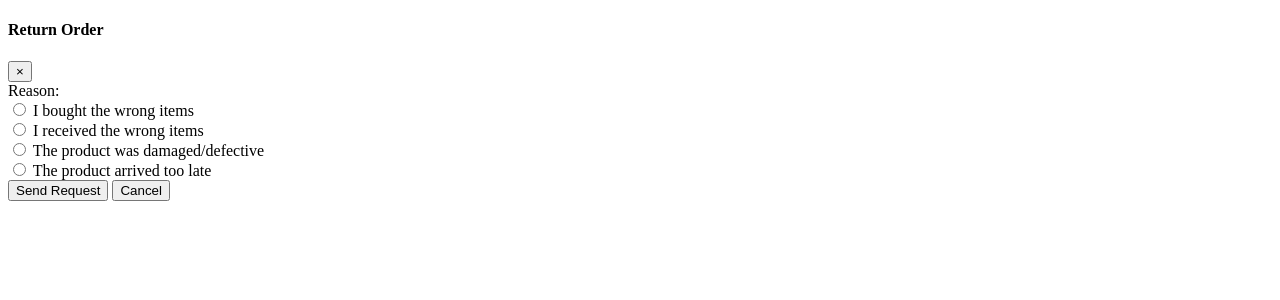
Repository: quockhuongtrann/Ecommerce-Website-With-Spring-Framework
Page: http://localhost/orders/return_order_modal
The author's editor kept a copy of each file at every save. The page is drawn from the files as they stood at one save, then again after the next save.
The browser window is 1280 px wide. The pictures show the whole page.
The page is this project's Thymeleaf template; nobody is signed in. The template is opened directly, without the code that normally fills it, so the values that code supplies are empty.

Above is the page before, as saved 2023-01-17 09:24:55.

After the next save:
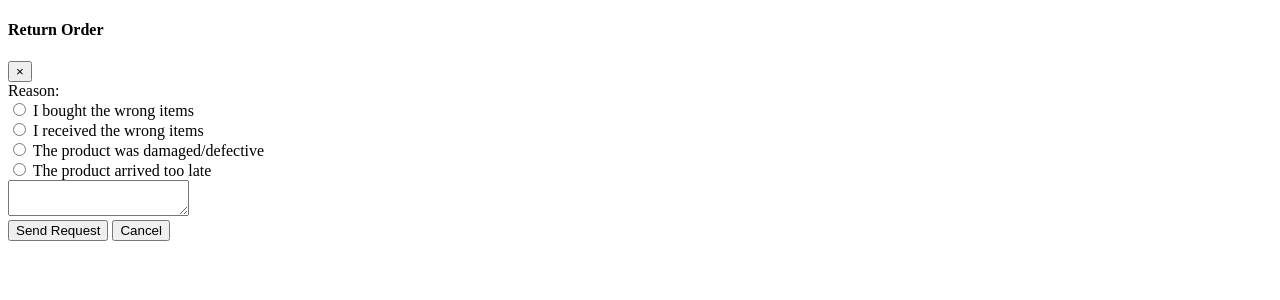
Saved 21 s later.
--- a/ShopTqkProject/ShopTqkWebParent/ShopTqkFrontend/src/main/resources/templates/orders/return_order_modal.html
+++ b/ShopTqkProject/ShopTqkWebParent/ShopTqkFrontend/src/main/resources/templates/orders/return_order_modal.html
@@ -27,6 +27,9 @@
 						<input type="radio" name="returnReason" value="The product arrived too late" />
 						The product arrived too late
 					</div>
+					<div>
+						<textarea class="form-control"></textarea>
+					</div>
 				</div>
 
 
